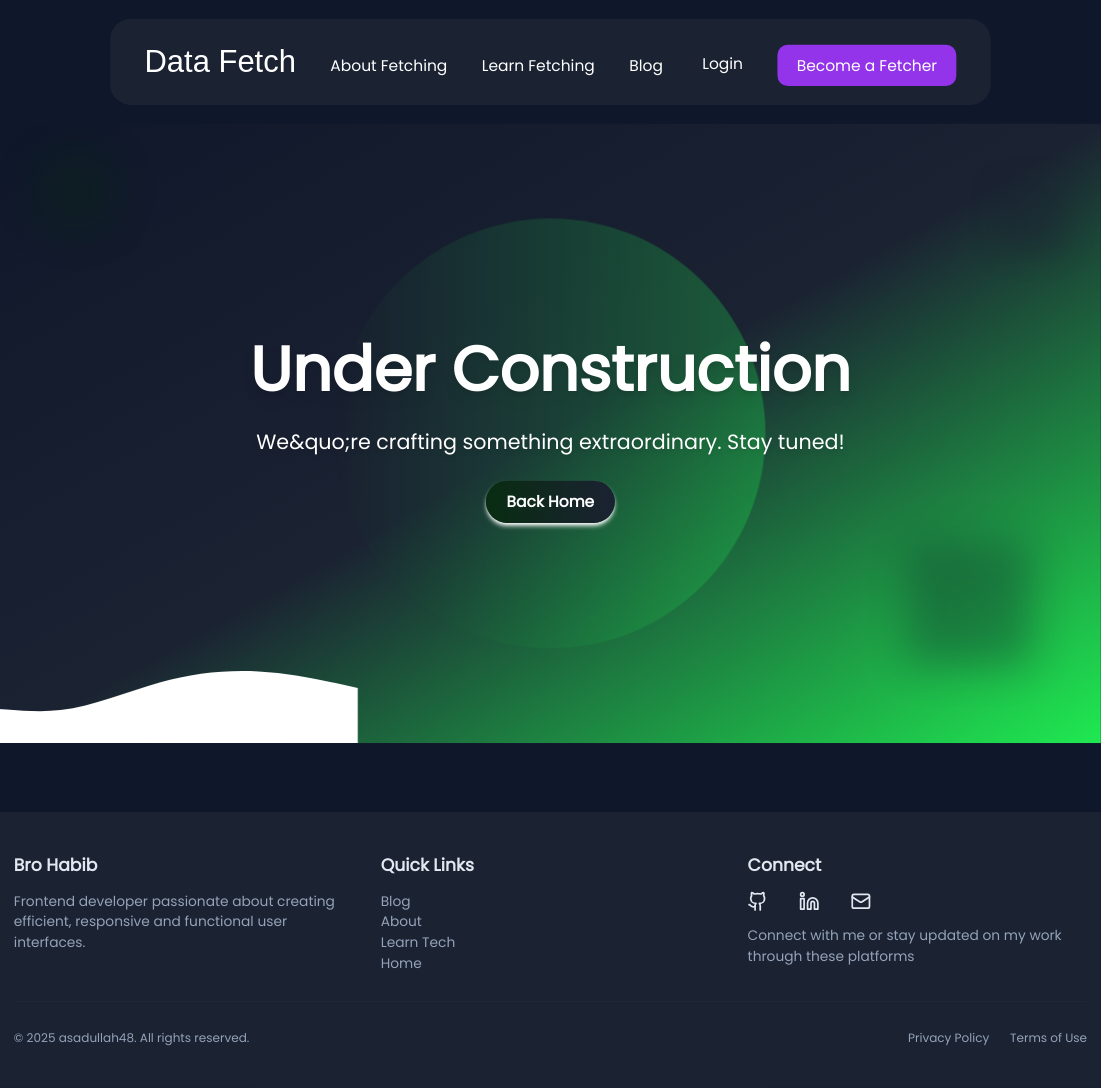
Repository: asadullah48/data-fetch
Page: /learnTech
These files come from the project's save history. The page is drawn as it stood at one moment and after a run of saves; the edit follows.
The browser window is 1280 px wide. The pictures show the whole page, at 86% of full size.
Some web fonts or font styles are not loaded; a fallback is used. The project was rebuilt for these pictures with package versions that can differ from the ones it lists, and the page was loaded fresh each time. The framework's server and built-in components were replaced by stand-ins that run in the browser. Also part of the build but not shown: next.config.mjs.

Above is the page before, as saved 2025-01-15 13:59:16.

### src/app/layout.tsx
import type { Metadata } from "next";
import localFont from "next/font/local";
import "./globals.css";
import Navbar from "@/components/Navbar";
import { Poppins } from "next/font/google"
import Footer from "@/components/Footer";


const poppins = Poppins({
  subsets: ['latin'],
  weight: '400'
})

const geistSans = localFont({
  src: "./fonts/GeistVF.woff",
  variable: "--font-geist-sans",
  weight: "100 900",
});
const geistMono = localFont({
  src: "./fonts/GeistMonoVF.woff",
  variable: "--font-geist-mono",
  weight: "100 900",
});

export const metadata: Metadata = {
  title: "Data Fetching",
  description: "Data Fetching in a CSR and SSR",
};

export default function RootLayout({
  children,
}: Readonly<{
  children: React.ReactNode;
}>) {
  return (
    <html lang="en">
      <body
        className={`${geistSans.variable} ${geistMono.variable} ${poppins.className} bg-[#0f172a] text-white antialiased overflow-x-hidden`}
      >
        <Navbar />
        {children}
        <Footer/>
      </body>
    </html>
  );
}

### src/app/learnTech/page.tsx
import Link from 'next/link'
import React from 'react'

export default function learnTechPage() {
  return (
    <div className="h-screen flex items-center justify-center bg-gradient-to-br from-[#0f172a] via-[#1b2232] to-[#1fe951] relative overflow-hidden">
            {/* Background Elements */}
            <div className="absolute inset-0 flex justify-center items-center">
                <div className="w-[500px] h-[500px] bg-gradient-to-r from-[#1b2232] to-[#1fe951] rounded-full opacity-20 animate-pulse"></div>
            </div>

            {/* Floating Animated Shapes */}
            <div className="absolute inset-0">
                <div className="absolute top-10 left-10 w-24 h-24 bg-[#082c11] rounded-full blur-xl opacity-30 animate-float" />
                <div className="absolute bottom-20 right-20 w-36 h-36 bg-[#0f172a] rounded-lg blur-xl opacity-30 animate-float delay-2000" />
                <div className="absolute top-20 right-10 w-20 h-20 bg-[#1b2232] rounded-lg blur-lg opacity-40 animate-float delay-4000" />
            </div>

            {/* Main Content */}
            <div className="text-center relative z-10">
                <h1 className="text-5xl md:text-7xl font-extrabold text-white drop-shadow-lg animate-bounce">
                    Under Construction
                </h1>
                <p className="text-lg md:text-2xl text-white mt-4 drop-shadow-md">
                    We&quo;re crafting something extraordinary. Stay tuned!
                </p>

                {/* CTA Button */}
                <div className="mt-10">
                    <Link
                        href="/"
                        className="px-6 py-3 text-lg font-bold text-white bg-gradient-to-r from-[#082c11] to-[#1b2232] rounded-full shadow-white shadow-md transform transition hover:scale-105 hover:shadow-2xl focus:outline-none"
                    >
                        Back Home
                    </Link>
                </div>
            </div>

            {/* Animated SVG Waves */}
            <div className="absolute bottom-0 left-0 right-0 overflow-hidden leading-none">
                <svg
                    className="w-full h-32 text-white animate-wave"
                    xmlns="http://www.w3.org/2000/svg"
                    viewBox="0 0 1440 320"
                >
                    <path
                        fill="currentColor"
                        fillOpacity="1"
                        d="M0,288L48,272C96,256,192,224,288,218.7C384,213,480,235,576,224C672,213,768,171,864,144C960,117,1056,107,1152,112C1248,117,1344,139,1392,149.3L1440,160L1440,320L1392,320C1344,320,1248,320,1152,320C1056,320,960,320,864,320C768,320,672,320,576,320C480,320,384,320,288,320C192,320,96,320,48,320L0,320Z"
                    ></path>
                </svg>
            </div>
        </div>
  )
}

### src/app/globals.css
@tailwind base;
@tailwind components;
@tailwind utilities;

body {
  font-family: Arial, Helvetica, sans-serif;
}

@layer utilities {
  .text-balance {
    text-wrap: balance;
  }
}

@layer base {
  :root {
    --background: 0 0% 100%;
    --foreground: 20 14.3% 4.1%;
    --card: 0 0% 100%;
    --card-foreground: 20 14.3% 4.1%;
    --popover: 0 0% 100%;
    --popover-foreground: 20 14.3% 4.1%;
    --primary: 24 9.8% 10%;
    --primary-foreground: 60 9.1% 97.8%;
    --secondary: 60 4.8% 95.9%;
    --secondary-foreground: 24 9.8% 10%;
    --muted: 60 4.8% 95.9%;
    --muted-foreground: 25 5.3% 44.7%;
    --accent: 60 4.8% 95.9%;
    --accent-foreground: 24 9.8% 10%;
    --destructive: 0 84.2% 60.2%;
    --destructive-foreground: 60 9.1% 97.8%;
    --border: 20 5.9% 90%;
    --input: 20 5.9% 90%;
    --ring: 20 14.3% 4.1%;
    --chart-1: 12 76% 61%;
    --chart-2: 173 58% 39%;
    --chart-3: 197 37% 24%;
    --chart-4: 43 74% 66%;
    --chart-5: 27 87% 67%;
    --radius: 0.5rem;
  }
  .dark {
    --background: 20 14.3% 4.1%;
    --foreground: 60 9.1% 97.8%;
    --card: 20 14.3% 4.1%;
    --card-foreground: 60 9.1% 97.8%;
    --popover: 20 14.3% 4.1%;
    --popover-foreground: 60 9.1% 97.8%;
    --primary: 60 9.1% 97.8%;
    --primary-foreground: 24 9.8% 10%;
    --secondary: 12 6.5% 15.1%;
    --secondary-foreground: 60 9.1% 97.8%;
    --muted: 12 6.5% 15.1%;
    --muted-foreground: 24 5.4% 63.9%;
    --accent: 12 6.5% 15.1%;
    --accent-foreground: 60 9.1% 97.8%;
    --destructive: 0 62.8% 30.6%;
    --destructive-foreground: 60 9.1% 97.8%;
    --border: 12 6.5% 15.1%;
    --input: 12 6.5% 15.1%;
    --ring: 24 5.7% 82.9%;
    --chart-1: 220 70% 50%;
    --chart-2: 160 60% 45%;
    --chart-3: 30 80% 55%;
    --chart-4: 280 65% 60%;
    --chart-5: 340 75% 55%;
  }
}

@layer base {
  * {
    @apply border-border;
  }
  body {
    @apply bg-background text-foreground;
  }
}

### src/components/Navbar.tsx
"use client"
import { useState } from 'react';
import { Agbalumo } from "next/font/google"
import Link from "next/link"

const agbalumo = Agbalumo({
    subsets: ['latin'],
    weight: '400'
})


export default function Navbar() {
    const [isMenuOpen, setIsMenuOpen] = useState(false);

    const toggleMenu = () => setIsMenuOpen(!isMenuOpen);

    return (
        <div className="h-[144px] w-screen flex justify-center items-center">
            <div className="h-[100px] w-full relative md:w-[80%] md:rounded-3xl bg-[#1b2232] text-white flex justify-between items-center px-10">
                {/* Logo and Links */}
                <div className="flex justify-center items-center gap-10">
                <Link href={"/"}>
                    <h1 className={`${agbalumo.className} text-4xl`}>Data Fetch</h1>
                </Link>

                    <div className="hidden lg:flex gap-10">
                        <Link href={"/about"} className="text-lg mt-2">About Fetching</Link>
                        <Link href={"/learnTech"} className="text-lg mt-2">Learn Fetching</Link>
                        <Link href={"/blog"} className="text-lg mt-2">Blog</Link>
                    </div>
                </div>

                {/* Navbar Buttons */}
                <div className="hidden md:flex gap-10">
                    <Link href={"/login"} className="text-lg mt-4">Login</Link>
                    <Link href={"/signup"} className="text-lg mt-2 h-12 bg-PrimaryPurple flex justify-center items-center w-52 rounded-xl">Become a Fetcher</Link>
                </div>

                {/* Hamburger Menu for Mobile */}
                <div className="lg:hidden flex items-center gap-4">
                    {/* <h1 className="font-bold text-4xl">Data Fetch</h1> */}
                    <button onClick={toggleMenu} className="text-white text-2xl">
                        {/* Hamburger Icon */}
                        {isMenuOpen ? 'X' : '☰'}
                    </button>
                </div>
            </div>

            {/* Dropdown Menu for Mobile */}
            {isMenuOpen && (
                <div className='z-50 h-screen fixed top-1/4 w-full flex justify-center items-center bg-[#1b2232]/70 backdrop-blur-md '>
                <div className=" lg:hidden  text-white  text-center py-4 flex flex-col justify-center items-start gap-5">
                    <Link href={"/about"} onClick={()=> setIsMenuOpen(false)} className="block text-lg mt-2">About Fetching</Link>
                    <Link href={"/learnTech"} onClick={()=> setIsMenuOpen(false)} className="block text-lg mt-2">Learn fetching</Link>
                    <Link href={"/blog"} onClick={()=> setIsMenuOpen(false)} className="block text-lg mt-2">Blog</Link>
                    <Link href={"/login"} onClick={()=> setIsMenuOpen(false)} className="block text-lg mt-2">Login</Link>
                    <Link href={"/signup"} onClick={()=> setIsMenuOpen(false)} className=" text-lg mt-2 h-12 bg-PrimaryPurple flex justify-start pl-2 items-center w-52 rounded-xl">Become a Techie</Link>
                </div>
                </div>
            )}
        </div>
    )
}

### src/components/Footer.tsx
import React from 'react'
import { Github,  Linkedin, Mail } from 'lucide-react';
import Link from 'next/link';
export default function Footer() {
  const currentYear = new Date().getFullYear();

  return (
    <div className="bg-[#1b2232] mt-20 text-slate-200 py-12 ">
      <div className="container mx-auto px-4">
        {/* Main Footer Content */}
        <div className="grid grid-cols-1 md:grid-cols-3 gap-8 mb-8">
          {/* About Section */}
          <div>
            <h3 className="text-xl font-semibold mb-4">Bro Habib</h3>
            <p className="text-slate-400 mb-4">
              Frontend developer passionate about creating efficient, responsive and functional user interfaces.
            </p>
          </div>

          {/* Quick Links */}
          <div>
            <h3 className="text-xl font-semibold mb-4">Quick Links</h3>
            <ul className="space-y-2 text-slate-400">
              <Link href="/blog" className="hover:text-slate-200 transition-colors"><li>Blog</li>
              </Link>
              <Link href="/about" className="hover:text-slate-200 transition-colors"><li>About</li>
              </Link>
              <Link href="/learnTech" className="hover:text-slate-200 transition-colors"><li>Learn Tech</li>
              </Link>
              <Link href="/" className="hover:text-slate-200 transition-colors"><li>Home</li>
              </Link>
            </ul>
          </div>

          {/* Connect Section */}
          <div>
            <h3 className="text-xl font-semibold mb-4">Connect</h3>
            <div className="flex space-x-4 mb-4 gap-5">
              <Link href="https://github.com/asadullah48/data-fetch" className="hover:text-slate-200 transition-colors">
                <Github size={24} />
              </Link>

              <Link href="https://www.linkedin.com/in/asadullah-shafique-a00679325/" className="hover:text-slate-200 transition-colors">
                <Linkedin size={24} />
              </Link>

              <Link href="mailto:asadullahshafique@hotmail.com" className="hover:text-slate-200 transition-colors">
                <Mail size={24} />
              </Link>

            </div>
            <p className="text-slate-400">
            Connect with me or stay updated on my work through these platforms
            </p>
          </div>
        </div>

        {/* Bottom Bar */}
        <div className="pt-8 border-t border-slate-800">
          <div className="flex flex-col md:flex-row justify-between items-center space-y-4 md:space-y-0">
            <p className="text-slate-400 text-sm">
              © {currentYear} asadullah48. All rights reserved.
            </p>
            <div className="flex space-x-6 text-sm text-slate-400">
              <a href="/privacy" className="hover:text-slate-200 transition-colors">Privacy Policy</a>
              <a href="/terms" className="hover:text-slate-200 transition-colors">Terms of Use</a>
            </div>
          </div>
        </div>
      </div>
    </div>
  )
}

### tailwind.config.ts
import type { Config } from "tailwindcss";

const config: Config = {
	darkMode: ["class"],
	content: [
		"./src/pages/**/*.{js,ts,jsx,tsx,mdx}",
		"./src/components/**/*.{js,ts,jsx,tsx,mdx}",
		"./src/app/**/*.{js,ts,jsx,tsx,mdx}",
	],
	theme: {
		extend: {

			animation: {
				'spin-slow': 'spin 3s linear infinite',
				orbit: 'orbit 1.5s linear infinite',
				// dash: 'dash 2s ease-in-out infinite',
				float: 'float 6s ease-in-out infinite',
				wave: 'wave 8s linear infinite',
				bounce: 'bounce 2s infinite',
			},
			keyframes: {
				orbit: {
					'0%': { transform: 'rotate(0deg) translateX(30px) rotate(0deg)' },
					'100%': { transform: 'rotate(360deg) translateX(30px) rotate(-360deg)' },
				},
				dash: {
					'0%': { strokeDashoffset: '880px' },
					'100%': { strokeDashoffset: '0px' },
				},
				float: {
					'0%, 100%': { transform: 'translateY(-10px)' },
					'50%': { transform: 'translateY(10px)' },
				  },
				  wave: {
					'0%': { transform: 'translateX(100%)' },
					'100%': { transform: 'translateX(-100%)' },
				  },
			},
			colors: {
				background: 'hsl(var(--background))',
				PrimaryPurple: '#9333EA',
				foreground: 'hsl(var(--foreground))',
				card: {
					DEFAULT: 'hsl(var(--card))',
					foreground: 'hsl(var(--card-foreground))'
				},
				popover: {
					DEFAULT: 'hsl(var(--popover))',
					foreground: 'hsl(var(--popover-foreground))'
				},
				primary: {
					DEFAULT: 'hsl(var(--primary))',
					foreground: 'hsl(var(--primary-foreground))'
				},
				secondary: {
					DEFAULT: 'hsl(var(--secondary))',
					foreground: 'hsl(var(--secondary-foreground))'
				},
				muted: {
					DEFAULT: 'hsl(var(--muted))',
					foreground: 'hsl(var(--muted-foreground))'
				},
				accent: {
					DEFAULT: 'hsl(var(--accent))',
					foreground: 'hsl(var(--accent-foreground))'
				},
				destructive: {
					DEFAULT: 'hsl(var(--destructive))',
					foreground: 'hsl(var(--destructive-foreground))'
				},
				border: 'hsl(var(--border))',
				input: 'hsl(var(--input))',
				ring: 'hsl(var(--ring))',
				chart: {
					'1': 'hsl(var(--chart-1))',
					'2': 'hsl(var(--chart-2))',
					'3': 'hsl(var(--chart-3))',
					'4': 'hsl(var(--chart-4))',
					'5': 'hsl(var(--chart-5))'
				}
			},
			borderRadius: {
				lg: 'var(--radius)',
				md: 'calc(var(--radius) - 2px)',
				sm: 'calc(var(--radius) - 4px)'
			}
		}
	},
	plugins: [require("tailwindcss-animate")],
};
export default config;

After the next 2 saves:
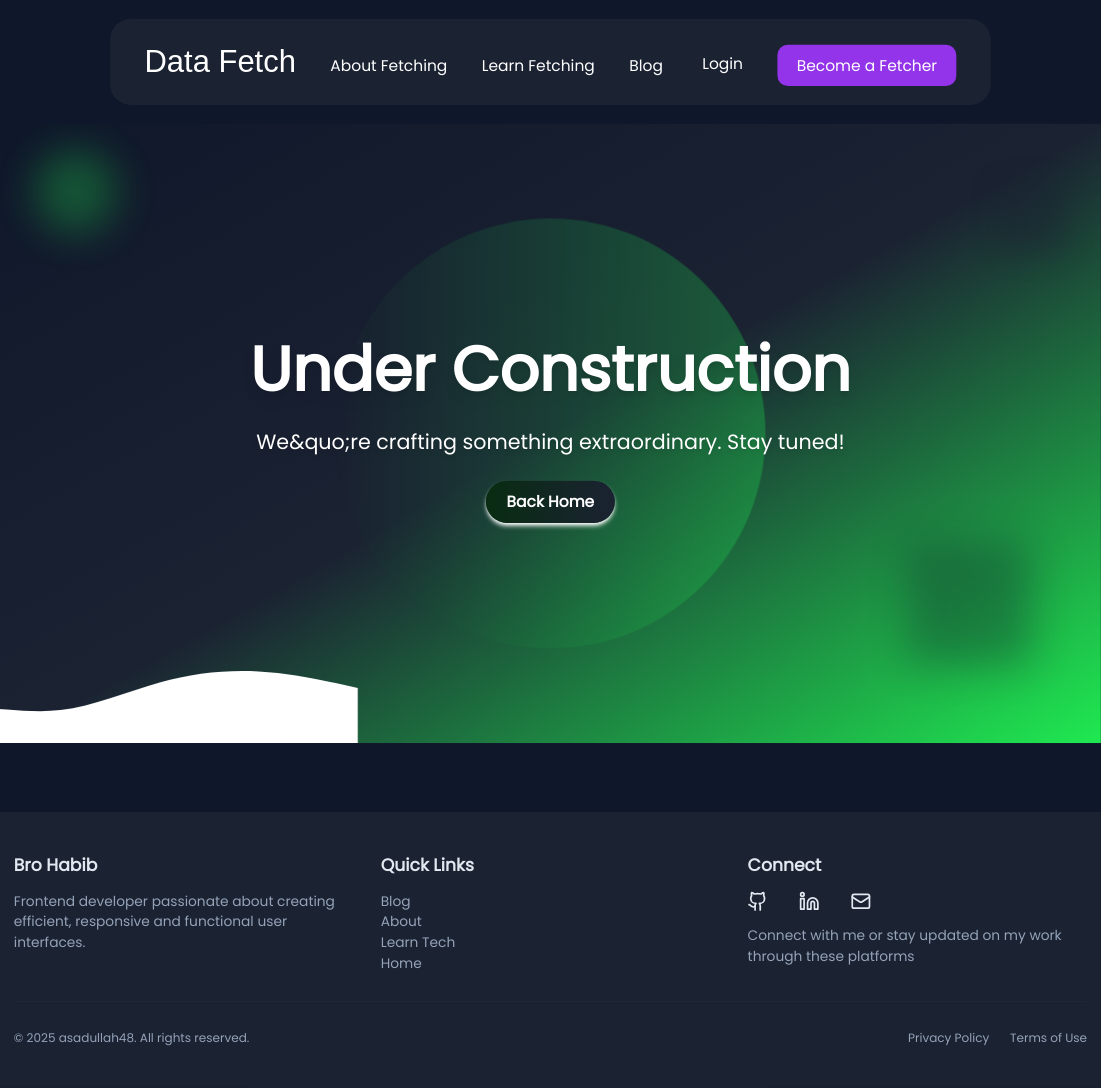
The 2 saves are shown as one change because they came seconds apart.
The last was saved 13 s later.
--- a/src/app/learnTech/page.tsx
+++ b/src/app/learnTech/page.tsx
@@ -11,7 +11,7 @@ export default function learnTechPage() {
 
             {/* Floating Animated Shapes */}
             <div className="absolute inset-0">
-                <div className="absolute top-10 left-10 w-24 h-24 bg-[#082c11] rounded-full blur-xl opacity-30 animate-float" />
+                <div className="absolute top-10 left-10 w-24 h-24 bg-[#1fe951] rounded-full blur-xl opacity-30 animate-float" />
                 <div className="absolute bottom-20 right-20 w-36 h-36 bg-[#0f172a] rounded-lg blur-xl opacity-30 animate-float delay-2000" />
                 <div className="absolute top-20 right-10 w-20 h-20 bg-[#1b2232] rounded-lg blur-lg opacity-40 animate-float delay-4000" />
             </div>
